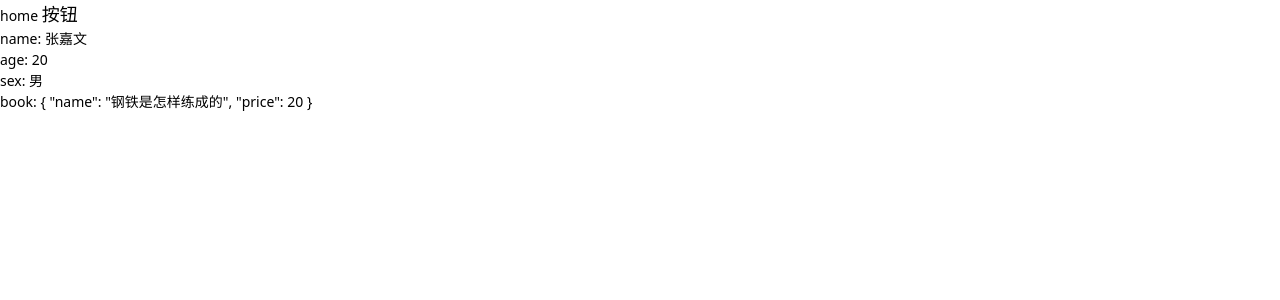
Repository: 596178924/vue3-ts-app
Page: /
The author's editor kept a copy of each file at every save. The page is drawn from the files as they stood at one save, then again after the next save.
The browser window is 1280 px wide. The pictures show the whole page.
The project was rebuilt for these pictures with package versions that can differ from the ones it lists, and the page was loaded fresh each time. Also part of the build but not shown: vite.config.ts.

Above is the page before, as saved 2022-11-09 16:47:32.

After the next save:
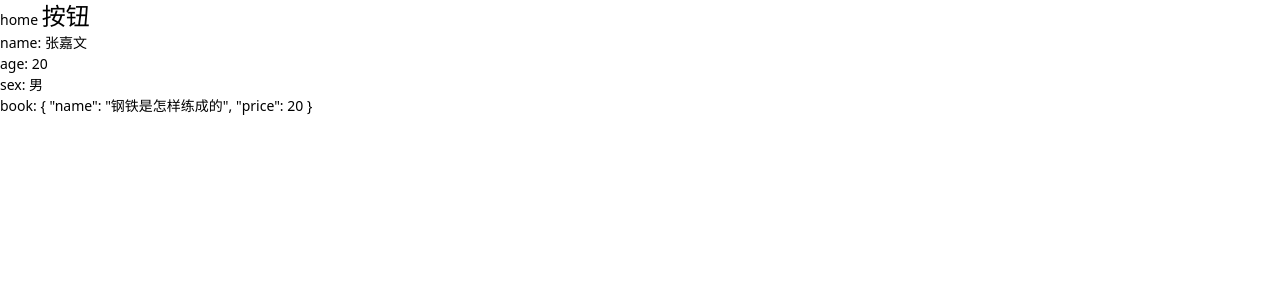
Saved 18 s later.
--- a/src/views/home/index.vue
+++ b/src/views/home/index.vue
@@ -26,6 +26,6 @@ const book = ref<Book>({
 
 <style lang="less" scoped>
 button {
-	@apply text-lg;
+	@apply text-2xl;
 }
 </style>
